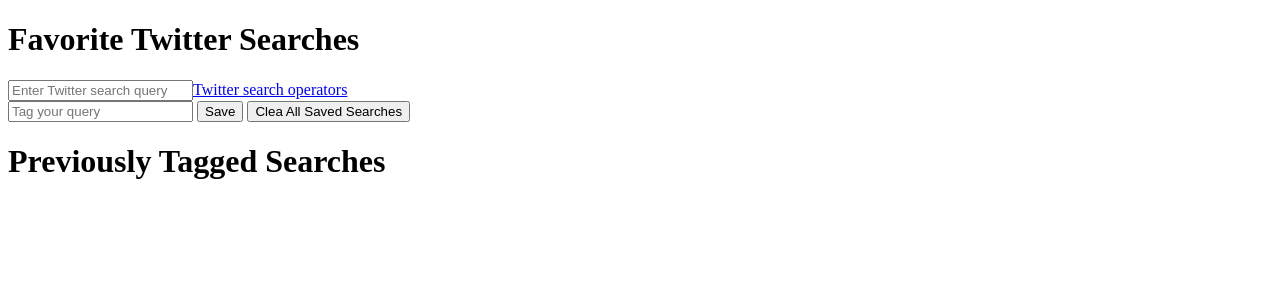
Repository: mlmEFSC21/P19-Favorite-Twitter-Searches
Page: favoriteTwitterSearches.html
An editor plug-in stored every save of this project. The page is shown before and after the next save, followed by the edit.
The browser window is 1280 px wide. The pictures show the whole page.

Above is the page before, as saved 2022-04-07 17:24:08.
Console error: SyntaxError: Unexpected token '}'

After the next save:
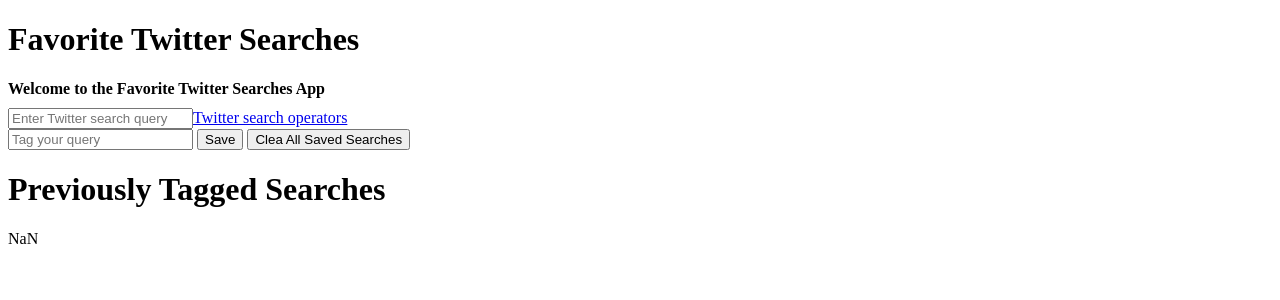
The error is gone.
Saved 1 s later.
--- a/twitterSearches.js
+++ b/twitterSearches.js
@@ -56,5 +56,33 @@
 //saves a newly tagged search into localStorage
 function saveSearch() {
     var query = document.getElementById("query");
-    var tag =
-}
+    var tag = document.getElementById("tag");
+    localStorage.setItem(tag.value, query.value);
+    tag.value = ""; //clear tag input
+    query.value = ""; //clear query input
+    loadSearches(); // reload searches
+} // end function saveSearch
+
+//delete a specific key/value pair from localStorage
+function deleteTag(tag) {
+    localStorage.removeItem(tag);
+    loadSearches(); // reload searches
+} // end function deleteTag
+
+//display existing tagged query for editing
+function editTag(tag) {
+    document.getElementById("query").value = localStorage[tag];
+    document.getElementById("tag").value = tag;
+    loadSearches(); // reload searches
+} // end function editTag
+
+//register event handlers then load searches
+function start() {
+    var saveButton = document.getElementById("saveButton");
+    saveButton.addEventListener("click", saveSearch, false);
+    var clearButton = document.getElementById("clearButton");
+    clearButton.addEventListener("click", clearAllSearches, false);
+    loadSearches(); // load the previously saved searches
+} // end function start
+
+window.addEventListener("load", start, false);
